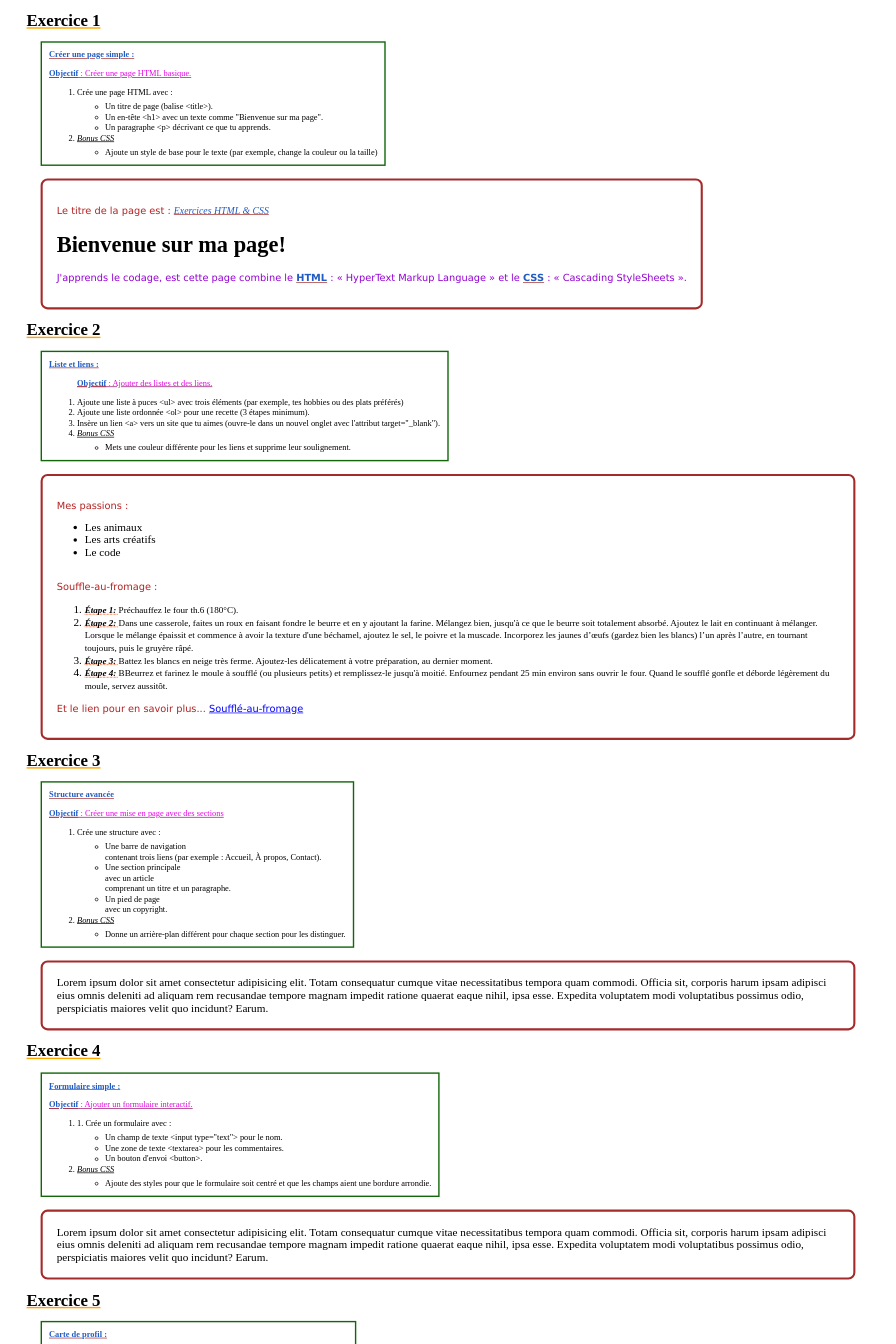
Repository: AnnaSpirit/Mimo_App
Page: Exercices_HTML&CSS.html
An editor plug-in stored every save of this project. The page is shown before and after a run of saves, followed by the edit.
The browser window is 1280 px wide. The pictures show the part of the page from y = 0 to 1920 px (the page is 2575 px tall), at 70% of full size.

Above is the page before, as saved 2024-12-08 16:46:06.

After the next 2 saves:
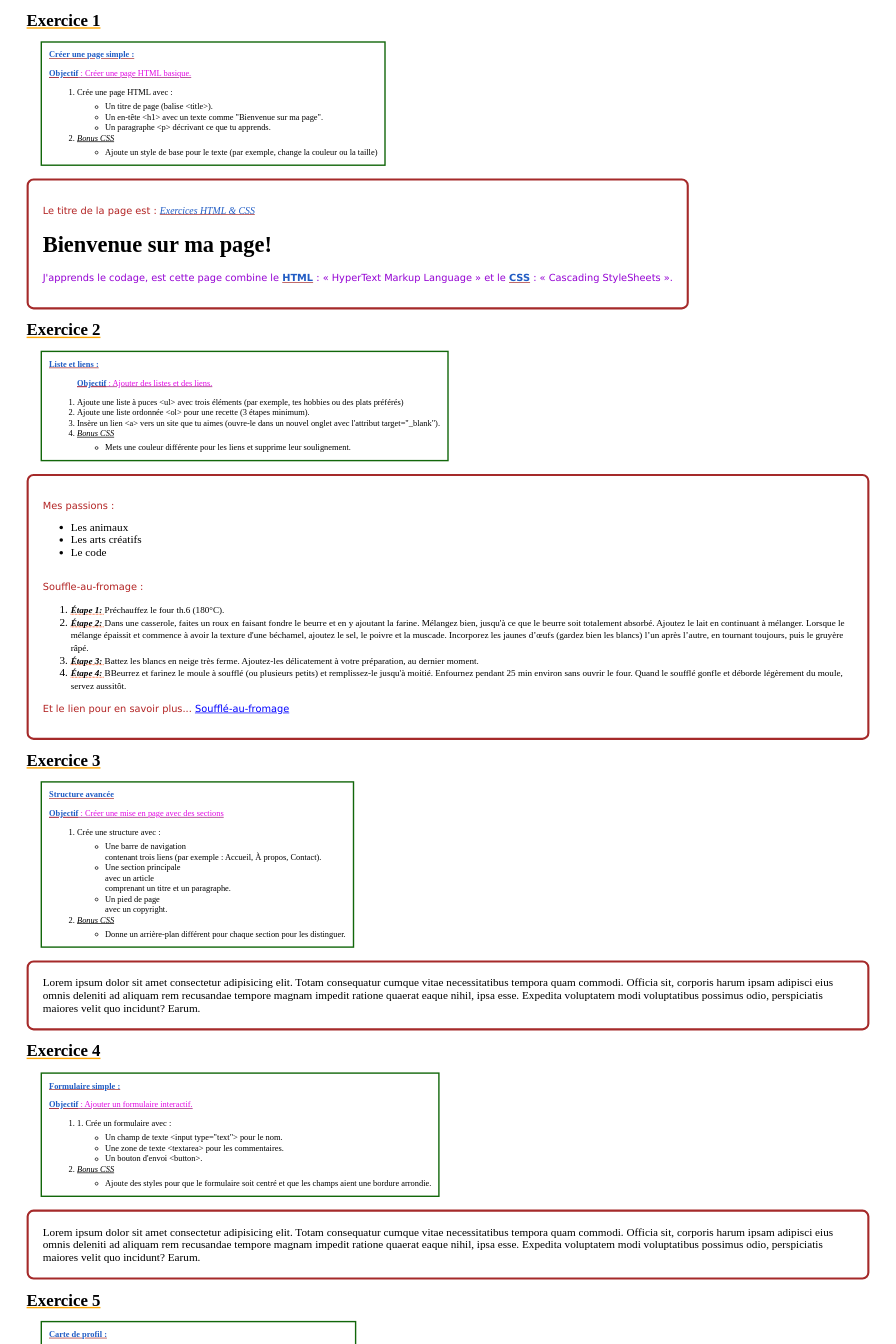
The 2 saves are shown as one change because they came seconds apart.
The last was saved 7 s later.
--- a/styleCSS.css
+++ b/styleCSS.css
@@ -47,10 +47,6 @@ em {
 
 
 .Resultat {
-        display: inline-block;
-        /* S'assurer que la bordure s'adapte au texte */
-        margin: 0 20px;
-        /* Décalage de 20px à droite et à gauche */
     border: 3px solid brown;
     /* Une bordure noire de 2px */
     padding: 20px;
